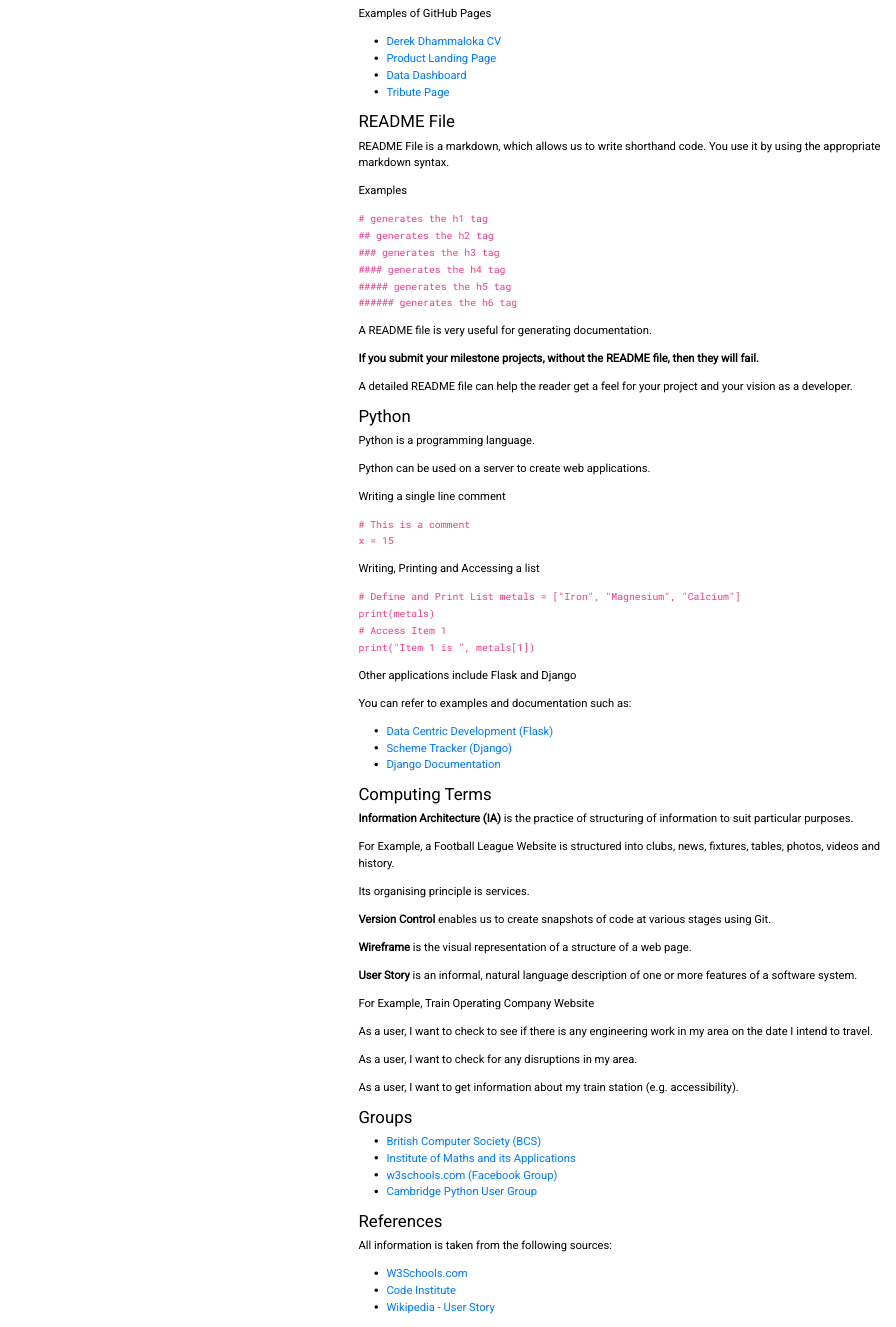
Repository: derektypist/technical-documentation-page
Page: index.html
The author's editor kept a record of every edit. The page is drawn from the files as they stood at one moment, then again after the next edit.
The browser window is 1280 px wide. The pictures show the part of the page from y = 4541 to 6461 px (the page is 6437 px tall before and 6461 px after), at 70% of full size.

Above is the page before.

After the next edit:
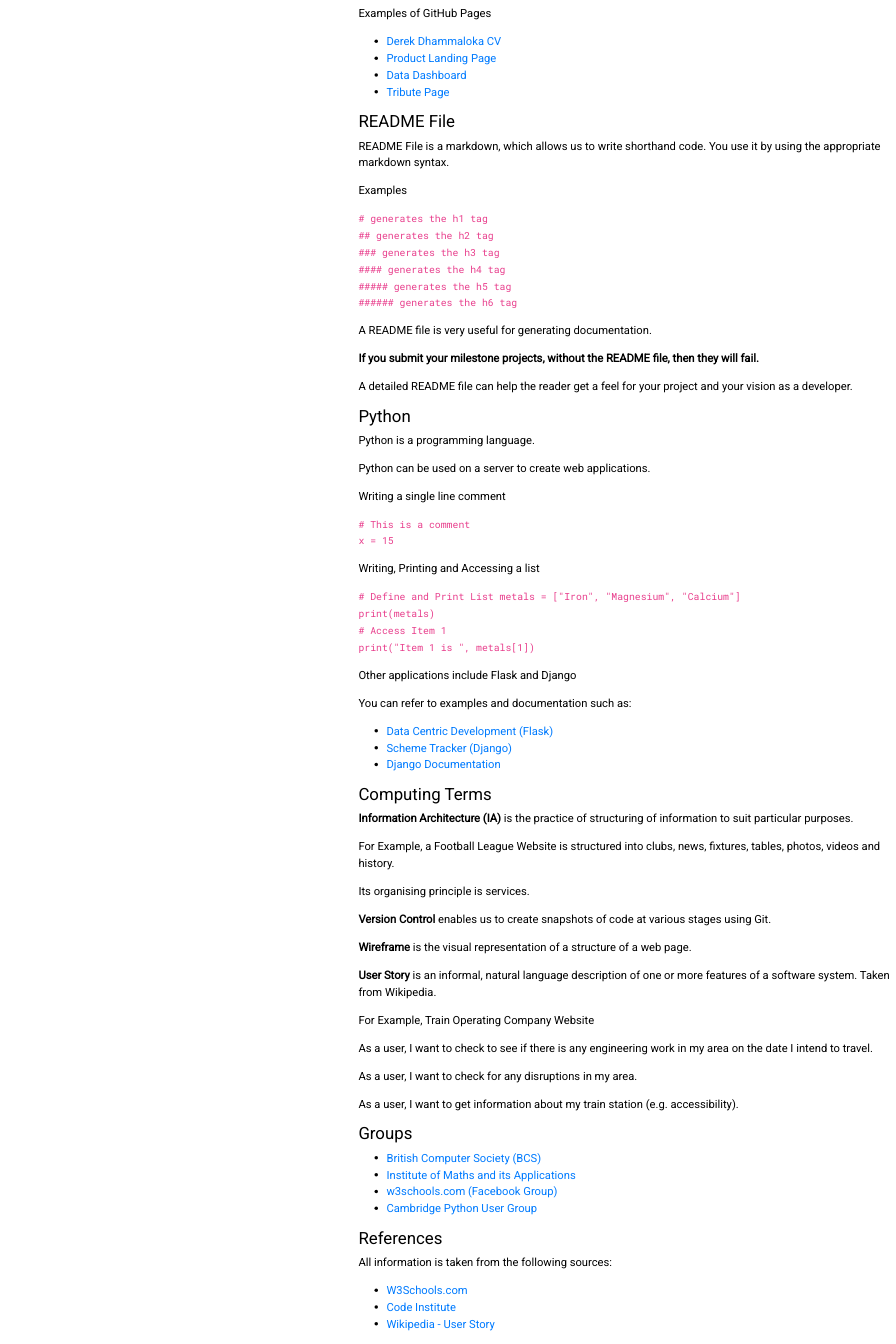
The edit:
--- a/index.html
+++ b/index.html
@@ -404,7 +404,7 @@
         <p>Its organising principle is services.</p>
         <p><b>Version Control</b> enables us to create snapshots of code at various stages using Git.</p>
         <p><b>Wireframe</b> is the visual representation of a structure of a web page.</p>
-        <p><b>User Story</b> is an informal, natural language description of one or more features of a software system.</p>
+        <p><b>User Story</b> is an informal, natural language description of one or more features of a software system.  Taken from Wikipedia.</p>
         <p>For Example, Train Operating Company Website</p>
         <p>As a user, I want to check to see if there is any engineering work in my area on the date I intend to travel.</p>
         <p>As a user, I want to check for any disruptions in my area.</p>
